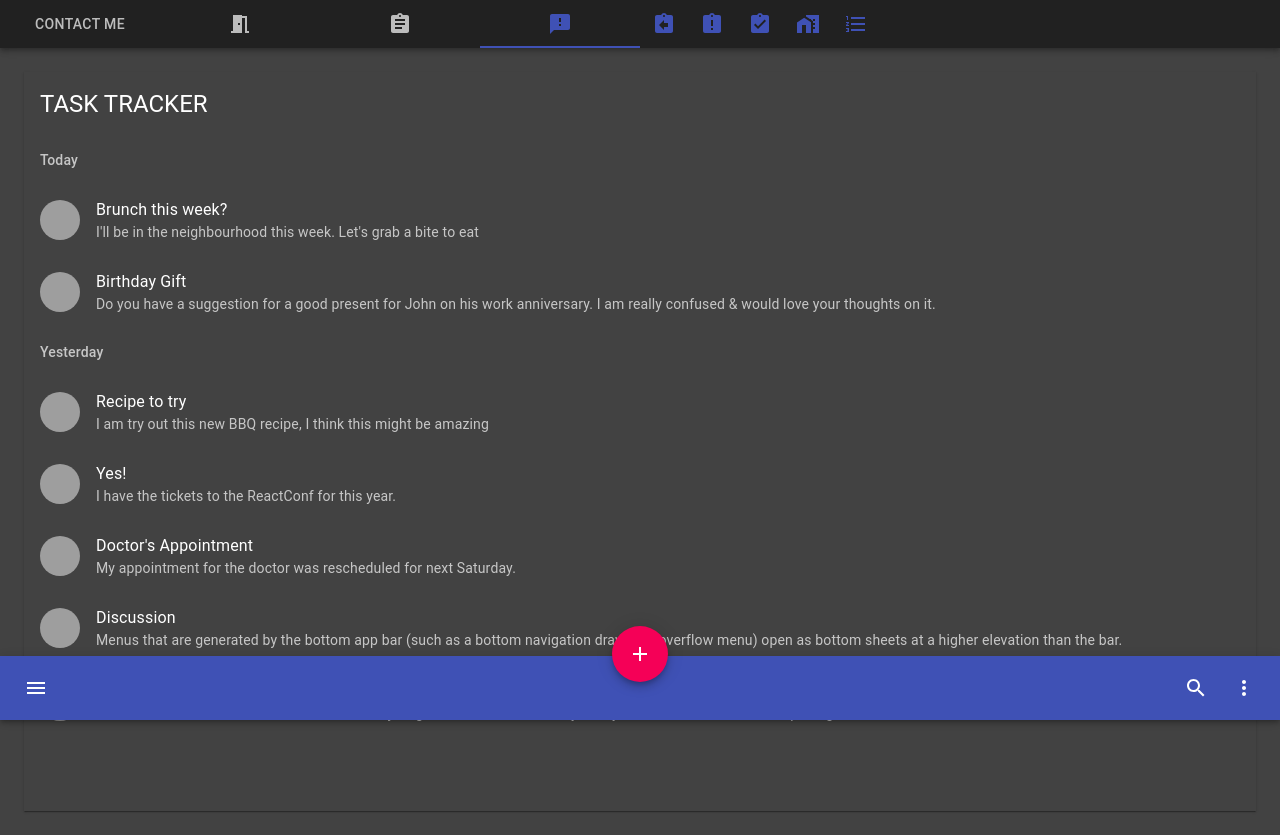
Repository: hossamsulleman1/CONTACTME
Page: / (app in my-app/), after clicking the first element matching `#scrollable-auto-tab-3`
The author's editor kept a copy of each file at every save. The page is drawn from the files as they stood at one save, then again after the next save.
The browser window is 1280 px wide. The pictures show the whole page.
Pictures or frames that could not be fetched are drawn as grey boxes. The project was rebuilt for these pictures with package versions that can differ from the ones it lists, and the page was loaded fresh each time. Also part of the build but not shown: my-app/src/Components/ProfileFolder/FriendsAvatarList.jsx, my-app/src/Components/ProfileFolder/Content.jsx, my-app/src/Components/Preview.jsx.

Above is the page before, as saved 2020-11-09 11:13:02.

After the next save:
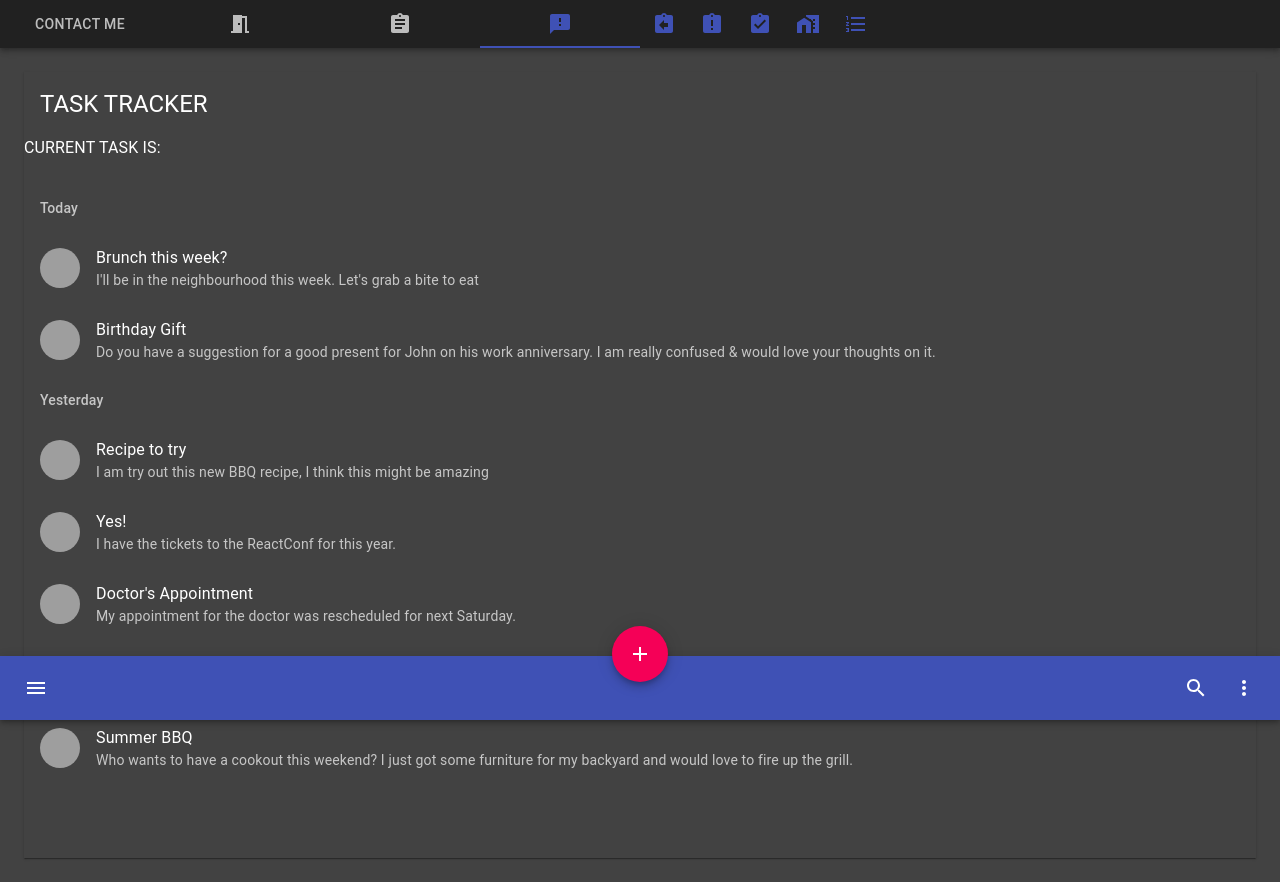
Saved 14 s later.
--- a/my-app/src/Components/BottomNav.jsx
+++ b/my-app/src/Components/BottomNav.jsx
@@ -107,6 +107,7 @@ export default function BottomNav() {
         <Typography className={classes.text} variant="h5" gutterBottom>
           TASK TRACKER
         </Typography>
+        <p>CURRENT TASK IS:</p>
         <List className={classes.list}>
           {messages.map(({ id, primary, secondary, person }) => (
             <React.Fragment key={id}>
